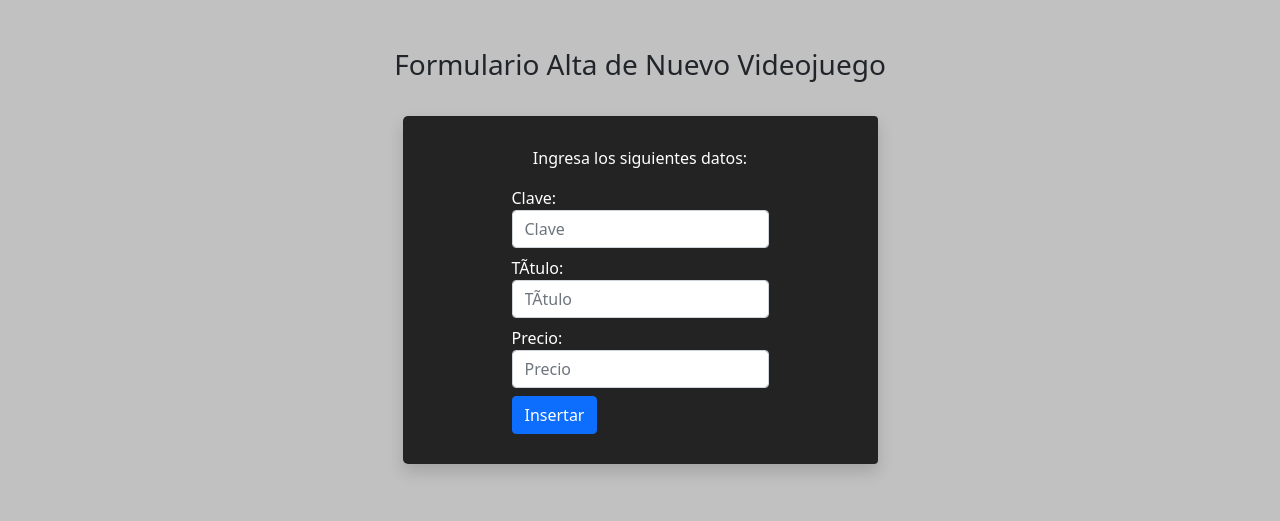
Repository: Jatziri16/JavaEE
Page: http://localhost/TiendaVideojuegos/FormularioInsertarVideojuego.jsp
The author's editor kept a copy of each file at every save. The page is drawn from the files as they stood at one save, then again after the next save.
The browser window is 1280 px wide. The pictures show the whole page.
The page is served by Tomcat 9. Other server files are loaded and not shown.

Above is the page before, as saved 2023-12-06 03:33:53.

### TiendaVideojuegos/src/main/webapp/FormularioInsertarVideojuego.jsp
<!DOCTYPE html>
<html>
<head>
	<meta charset="UTF-8">
	<title>Formulario Alta Videojuego</title>
	<link rel=stylesheet href="css/style.css" type="text/css">
	<!-- Bootstrap -->
 		<link href="https://cdn.jsdelivr.net/npm/bootstrap@5.1.3/dist/css/bootstrap.min.css" rel="stylesheet" integrity="sha384-1BmE4kWBq78iYhFldvKuhfTAU6auU8tT94WrHftjDbrCEXSU1oBoqyl2QvZ6jIW3" crossorigin="anonymous">
	<script type="text/javascript" src="js/validaciones_vid.js"></script>
</head>
<!-- <body>
	<h1>Formulario Alta de nuevo Videojuego</h1>
	<form>
		Clave:
		<input type="text" name="cve"><br><br>
		Título:
		<input type="text" name="titulo"><br><br>
		Precio:
		<input type="text" name="precio"><br><br>
		<input type="button" value="insertar"><br><br>
	</form>
</body> -->
<body style='background-color: rgba(50, 50, 50, 0.3);'>
		<div id="fondo">
			<h3 class="text-center mt-5 mb-1">Formulario Alta de Nuevo Videojuego</h3>
			<div class="container rounded-3 contenedor">
				<div class="row align-items-stretch justify-content-center">
					<div class="login-container  col-7 col-sm-6 col-md-5 col-xl-5 rounded-end shadow">
						<p class="text-center">Ingresa los siguientes datos:</p>
						<div class="centrar">
							<!-- FORM -->
							<form>
								<label for="clave">Clave:</label>
								<input class="form-control mb-2" type="text" placeholder="Clave" name="cve" id="clave">

								<label for="titulo">Título:</label>
								<input class="form-control mb-2" type="text" placeholder="Título" name="titulo" id="titulo">

								<label for="precio">Precio:</label>
								<input class="form-control mb-2" type="text" placeholder="Precio" name="precio" id="precio">

								<button class="btn btn-primary" onclick="validarForms()" type="button">Insertar</button>
							</form>
						</div>
					</div>
				</div>
			</div>
		</div>
	</body>
</html>

### TiendaVideojuegos/src/main/webapp/css/style.css
body
{
	background-color: gray;
}
h1
{
	text-align: center;
}
.contenedor {
    padding: 30px 0;
}

.centrar
{
display: flex;
  justify-content: center;
    /* margin: 0 auto; */
}
.centrar-2
{
	margin: 0 auto;
}
.invalido {
	margin-top: 5px;
    font-size: 80%;
}

.login-container {
    /* background-image: linear-gradient(rgba(0, 0, 0, 0.5), rgba(0, 0, 0, 0.5)), url(../../../../assets/imgs/login-bg.png); */
    background-size: cover;
    background-color: rgba(20, 20, 20, 0.908);
	border-radius: 5px;
    padding: 30px 50px;
    color: white;
}
.warning-container
{
	background-size: cover;
    background-color: red;
	border-radius: 5px;
    padding: 30px 50px;
    color: white;
}
.button {
  background-color: transparent; /* Green */
  border: none;
  padding: 5px 0;
  width: 100%;
  text-align: center;
  text-decoration: none;
  display: inline-block;
  font-size: 16px;
  margin: 4px 2px;
  transition-duration: 0.4s;
  cursor: pointer;
  border-radius: 8px;
}

.btn-insertar {
  color: white;
  border: 2px solid #4CAF50;
}
.btn-actualizar {
  color: white;
  border: 2px solid #db752d;
}
.btn-cancelar {
  color: white;
  border: 2px solid #474747;
}

.btn-insertar:hover {
  background-color: #4CAF50;
  color: white;
}
.btn-actualizar:hover {
  background-color: #db752d;
  color: white;
}
.btn-cancelar:hover {
  background-color: #474747;
  color: white;
}

/*input {
	border: 1px solid red;
}*/

### TiendaVideojuegos/src/main/webapp/js/validaciones_vid.js
function validarForms()
{
	console.log("ENTRO A validarForms()")
	let clave = document.getElementById("clave").value;
	let titulo = document.getElementById("titulo").value;
	let precio = document.getElementById("precio").value;

	if(clave == "" || titulo == "" || precio == "") {
		setWarnsMsj();
	}
	else
	{
		alert("\ntitulo = "+titulo+"\nprecio = "+precio+"\nclave = "+clave)
	}
}

function setWarnsMsj()
{
    alert("Todos los campos son obligatorios")
}

After the next save:
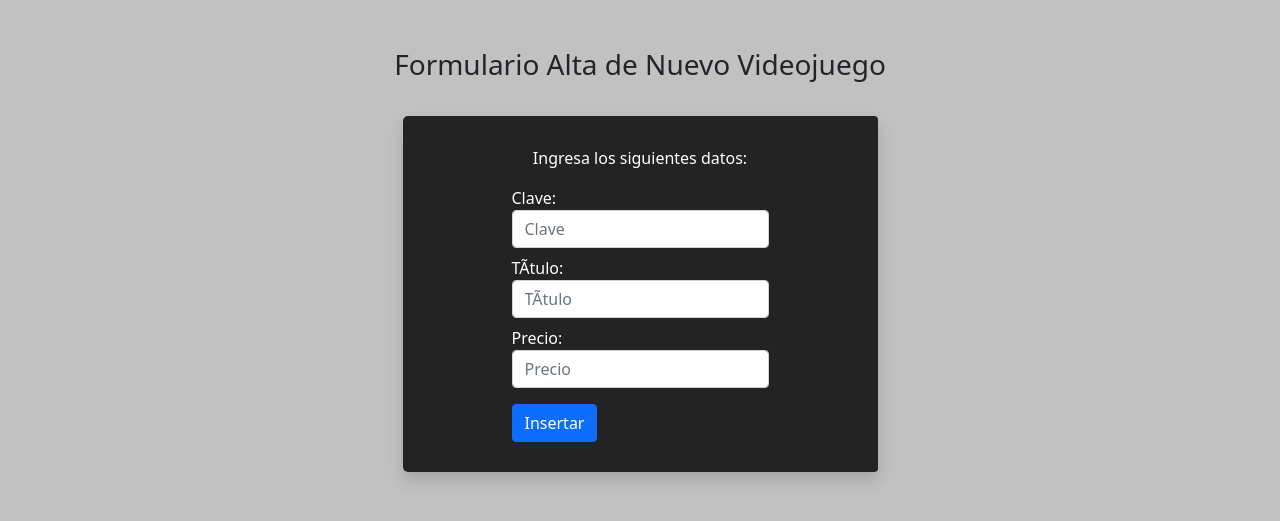
Saved 9 s later.
--- a/TiendaVideojuegos/src/main/webapp/FormularioInsertarVideojuego.jsp
+++ b/TiendaVideojuegos/src/main/webapp/FormularioInsertarVideojuego.jsp
@@ -37,7 +37,7 @@
 								<input class="form-control mb-2" type="text" placeholder="Título" name="titulo" id="titulo">
 
 								<label for="precio">Precio:</label>
-								<input class="form-control mb-2" type="text" placeholder="Precio" name="precio" id="precio">
+								<input class="form-control mb-3" type="text" placeholder="Precio" name="precio" id="precio">
 
 								<button class="btn btn-primary" onclick="validarForms()" type="button">Insertar</button>
 							</form>
